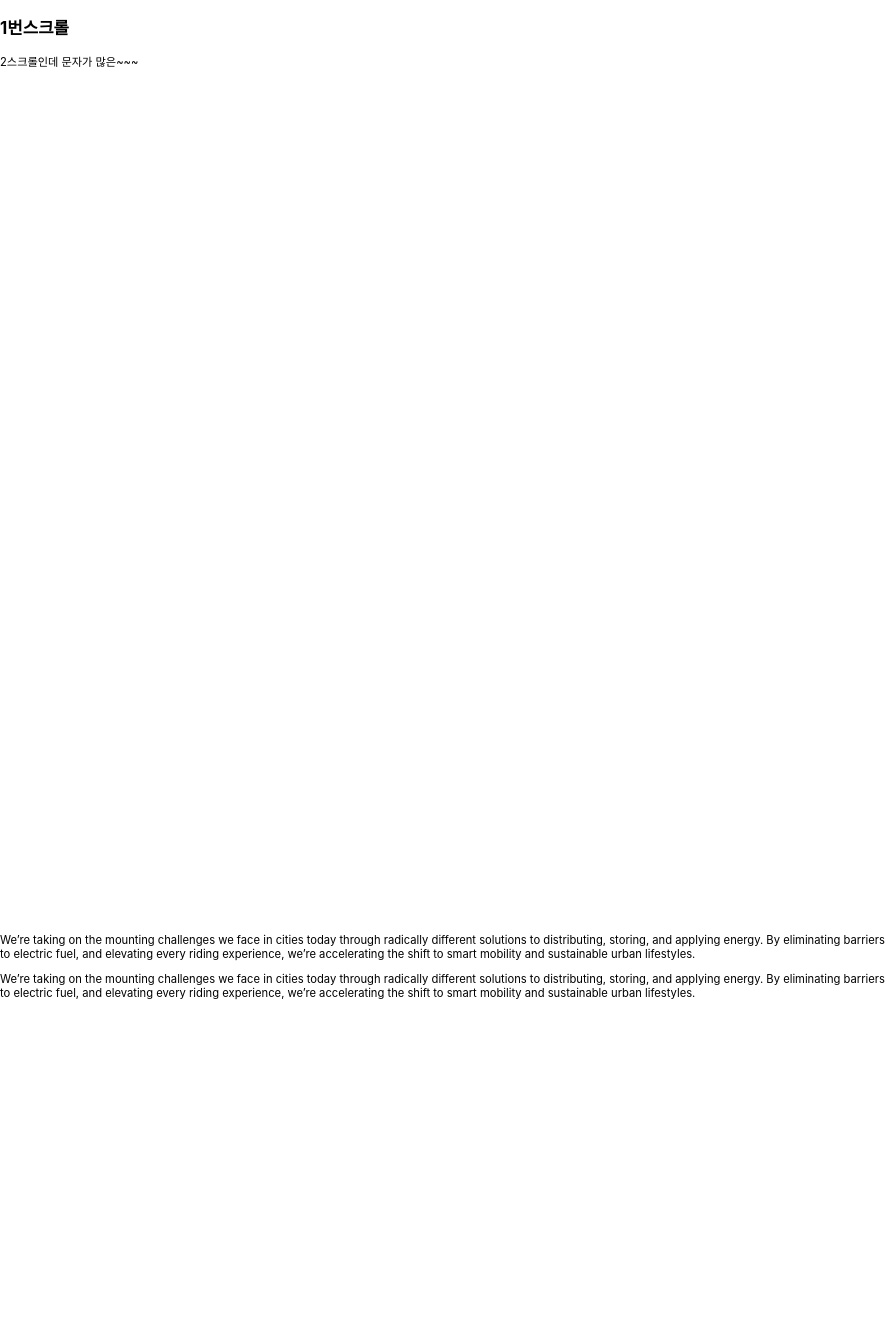
Repository: jiyeonyun/etc
Page: / (app in job/)
An editor plug-in stored every save of this project. The page is shown before and after the next save, followed by the edit.
The browser window is 1280 px wide. The pictures show the part of the page from y = 0 to 1920 px (the page is 2628 px tall before and 2608 px after), at 70% of full size.
The project was rebuilt for these pictures with package versions that can differ from the ones it lists, and the page was loaded fresh each time.

Above is the page before, as saved 2022-05-19 09:03:52.

After the next save:
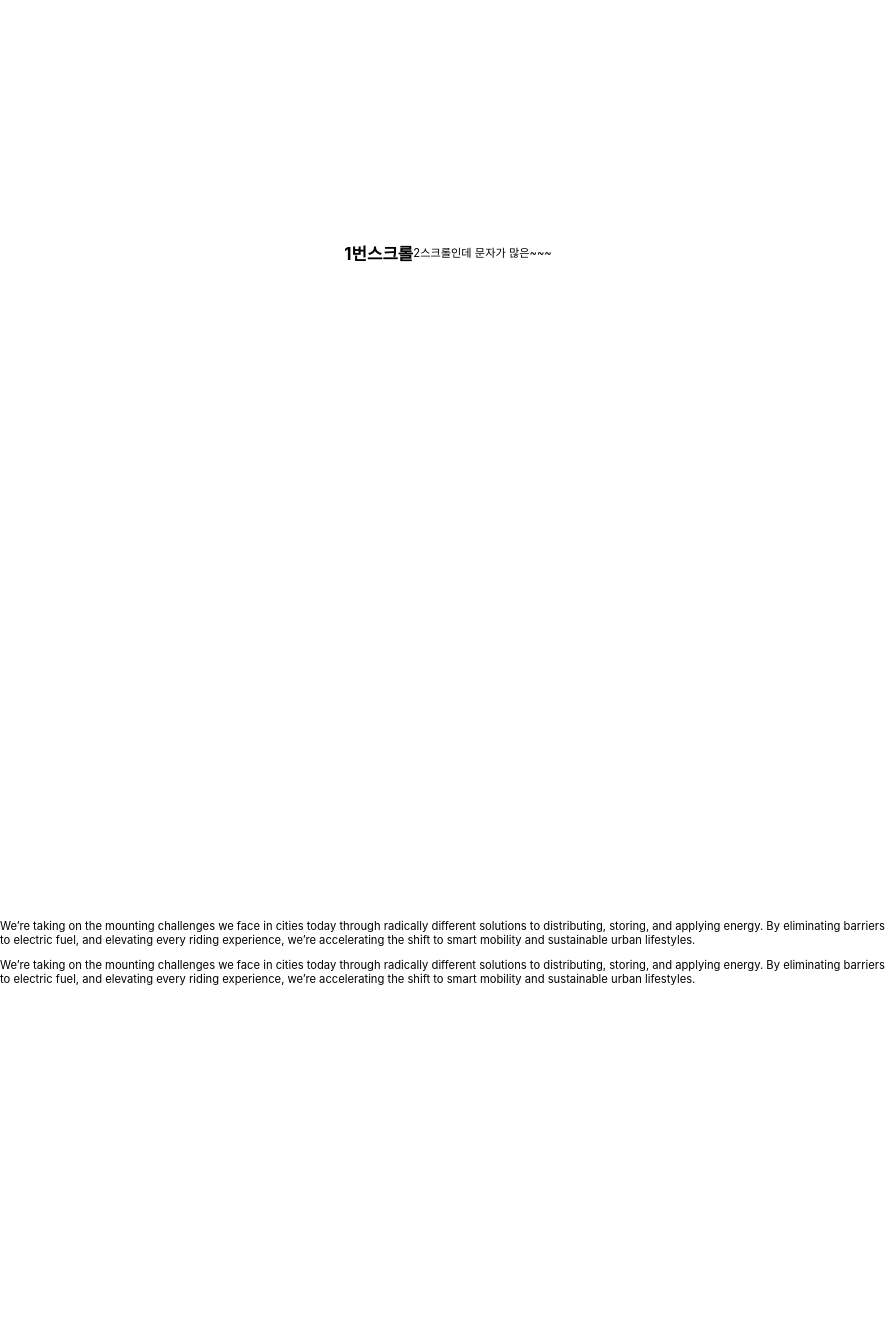
Saved 43 s later.
--- a/job/src/components/info/info.module.css
+++ b/job/src/components/info/info.module.css
@@ -6,3 +6,14 @@
   position: relative;
   height: 180vh;
 }
+.stickyCopy {
+  position: sticky;
+  display: flex;
+  top: 0;
+  height: 100vh;
+  justify-content: center;
+  align-items: center;
+  overflow: hidden;
+  margin-left: auto;
+  margin-right: auto;
+}
